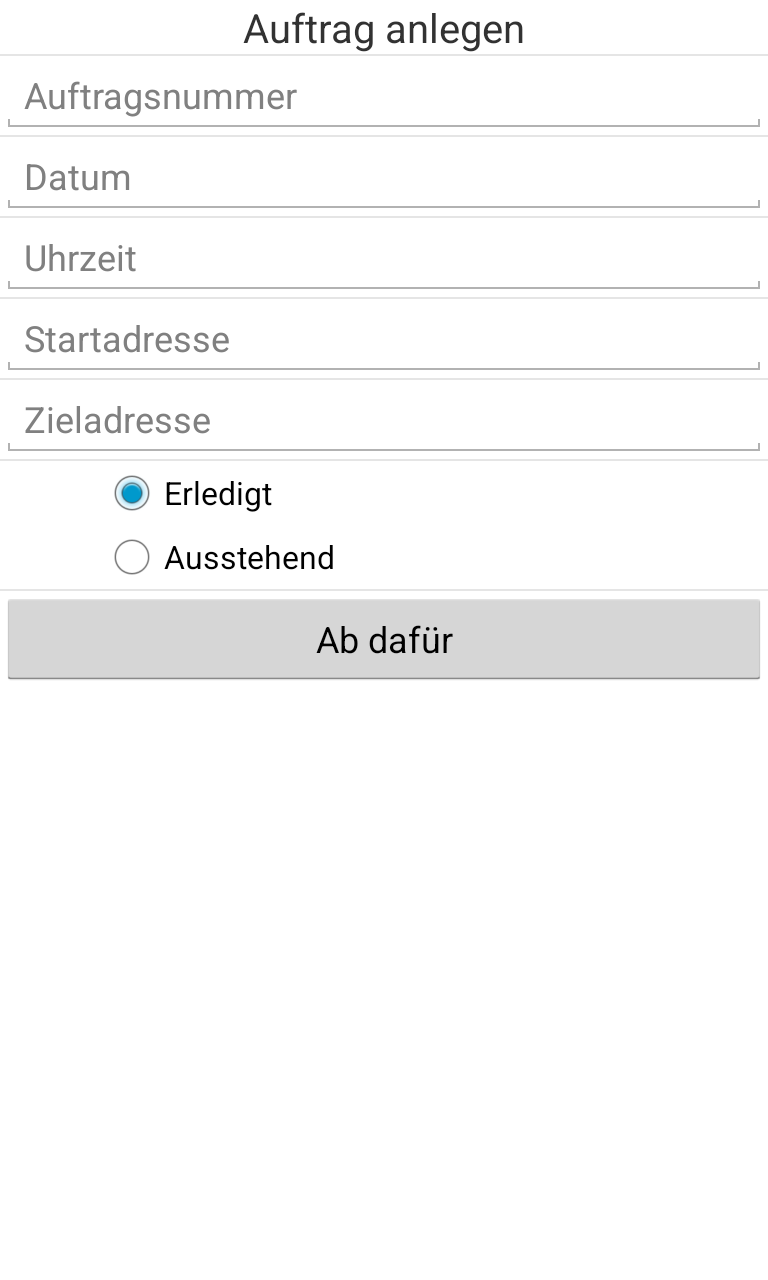
Repository: VroniZinsser/Kurierdienst
Layout: KurierdienstVroni/res/layout/activity_manager.xml
These files come from the project's save history. The layout is drawn as it stood at one moment and after the next save; the edit follows.
It is drawn on a 768 x 1280 px phone screen (xhdpi) without system bars, with theme AppTheme; the app's code is not run. The app's manifest (not shown) leaves right-to-left support off. So textAlignment, textDirection and layoutDirection are ignored, and left and right values win over start and end ones.

Above is the layout before, as saved 2014-07-16 09:12:34.

### KurierdienstVroni/res/layout/activity_manager.xml
<?xml version="1.0" encoding="utf-8"?>

<LinearLayout xmlns:android="http://schemas.android.com/apk/res/android"
    android:layout_width="match_parent"
    android:layout_height="match_parent"
    android:divider="?android:attr/listDivider"
    android:orientation="vertical"
    android:showDividers="middle" >

    <TextView
        android:id="@+id/evening_plan"
        android:layout_width="match_parent"
        android:layout_height="wrap_content"
        android:gravity="center_vertical|center_horizontal"
        android:textSize="40px"
        android:text="@string/anlegen_text" />

    <EditText
        android:id="@+id/auftragsnummer"
        android:layout_width="match_parent"
        android:layout_height="wrap_content"
        android:hint="@string/auftragsnummer"></EditText>

    <EditText
        android:id="@+id/datum"
        android:layout_width="match_parent"
        android:layout_height="wrap_content"
        android:hint="@string/datum"></EditText>

    <EditText
        android:id="@+id/uhrzeit"
        android:layout_width="match_parent"
        android:layout_height="wrap_content"
        android:hint="@string/uhrzeit"></EditText>

    <EditText
        android:id="@+id/start"
        android:layout_width="match_parent"
        android:layout_height="wrap_content"
        android:hint="@string/start"></EditText>

   	<EditText
        android:id="@+id/ziel"
        android:layout_width="match_parent"
        android:layout_height="wrap_content"
        android:hint="@string/ziel"></EditText>

    <RadioGroup
        android:id="@+id/choose_pre_drinks"
        android:layout_width="wrap_content"
        android:layout_height="wrap_content" >

        <RadioButton
            android:id="@+id/public_pre_drinks"
            android:layout_width="wrap_content"
            android:layout_height="wrap_content"
            android:layout_marginLeft="50dp"
            android:checked="true"
            android:text="@string/erledigt" />

        <RadioButton
            android:id="@+id/private_pre_drinks"
            android:layout_width="wrap_content"
            android:layout_height="wrap_content"
            android:layout_marginLeft="50dp"
            android:text="@string/ausstehend" />

    </RadioGroup>

    <LinearLayout
        android:layout_width="match_parent"
        android:layout_height="wrap_content"
        android:orientation="horizontal"
        android:gravity="center_vertical|center_horizontal" >

        <Button
            android:id="@+id/lets_go"
            android:layout_width="match_parent"
            android:layout_height="match_parent"
            android:layout_gravity="center_vertical|center_horizontal"
            android:gravity="center_vertical|center_horizontal"
            android:text="@string/anlegen"
            android:textAlignment="center" />
    </LinearLayout>

</LinearLayout>

### KurierdienstVroni/res/values/strings.xml
<?xml version="1.0" encoding="utf-8"?>
<resources>

    <string name="app_name">Kurierdienst</string>
    <string name="action_settings">Settings</string>
    <string name="anlegen_text">Auftrag anlegen</string>
    <string name="erledigt">Erledigt</string>
    <string name="ausstehend">Ausstehend</string>
    <string name="anlegen">Ab dafür</string>
    <string name="datum">Datum</string>
    <string name="uhrzeit">Uhrzeit</string>
    <string name="auftragsnummer">Auftragsnummer</string>
    <string name="start">Startadresse</string>
    <string name="ziel">Zieladresse</string>

</resources>

Loaded but not shown: KurierdienstVroni/res/values/styles.xml (common file); KurierdienstVroni/res/values-v11/styles.xml (common file); KurierdienstVroni/res/values-v14/styles.xml (common file)

After the next save:
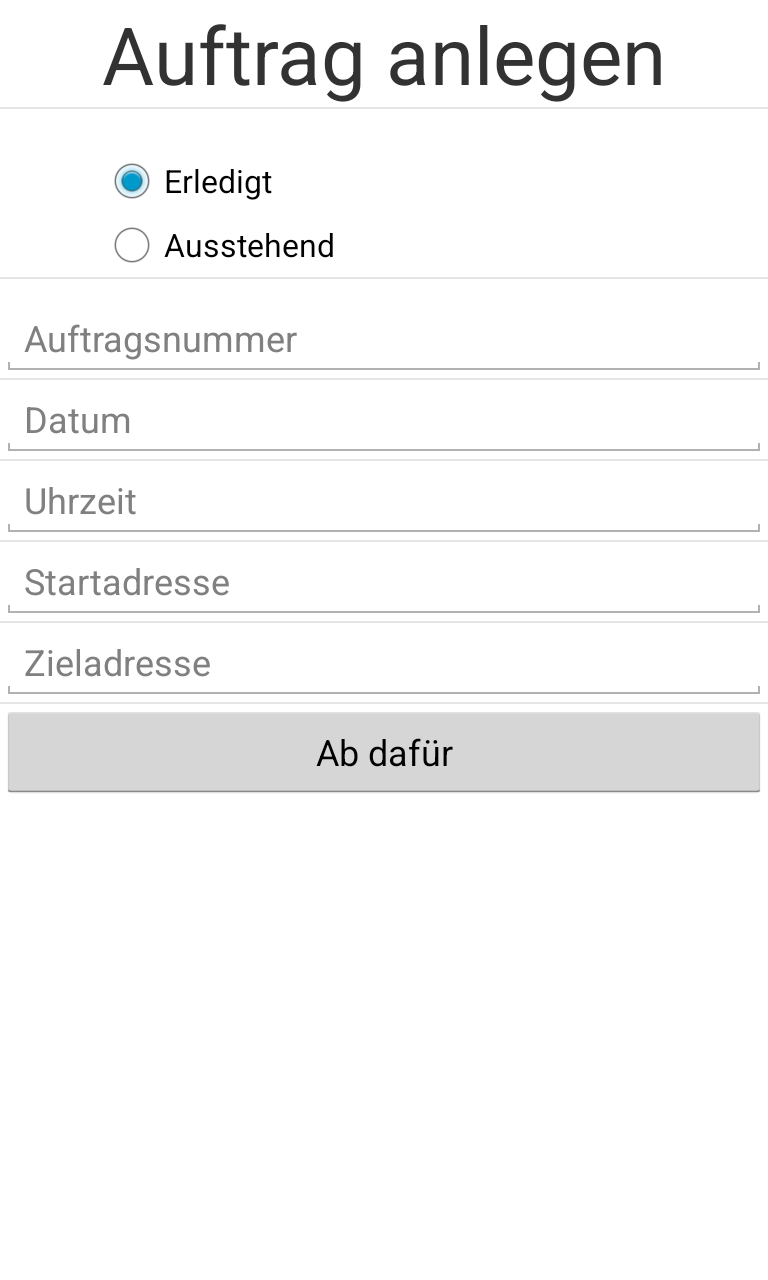
Saved 2 min 17 s later.
--- a/KurierdienstVroni/res/layout/activity_manager.xml
+++ b/KurierdienstVroni/res/layout/activity_manager.xml
@@ -12,13 +12,37 @@
         android:layout_width="match_parent"
         android:layout_height="wrap_content"
         android:gravity="center_vertical|center_horizontal"
-        android:textSize="40px"
+        android:textSize="40dp"
         android:text="@string/anlegen_text" />
+
+    <RadioGroup
+        android:id="@+id/choose_pre_drinks"
+        android:layout_width="wrap_content"
+        android:layout_height="wrap_content"
+        android:layout_marginTop="40px" >
+
+        <RadioButton
+            android:id="@+id/public_pre_drinks"
+            android:layout_width="wrap_content"
+            android:layout_height="wrap_content"
+            android:layout_marginLeft="50dp"
+            android:checked="true"
+            android:text="@string/erledigt" />
+
+        <RadioButton
+            android:id="@+id/private_pre_drinks"
+            android:layout_width="wrap_content"
+            android:layout_height="wrap_content"
+            android:layout_marginLeft="50dp"
+            android:text="@string/ausstehend" />
+
+    </RadioGroup>
 
     <EditText
         android:id="@+id/auftragsnummer"
         android:layout_width="match_parent"
         android:layout_height="wrap_content"
+        android:layout_marginTop="20px"
         android:hint="@string/auftragsnummer"></EditText>
 
     <EditText
@@ -45,27 +69,7 @@
         android:layout_height="wrap_content"
         android:hint="@string/ziel"></EditText>
 
-    <RadioGroup
-        android:id="@+id/choose_pre_drinks"
-        android:layout_width="wrap_content"
-        android:layout_height="wrap_content" >
 
-        <RadioButton
-            android:id="@+id/public_pre_drinks"
-            android:layout_width="wrap_content"
-            android:layout_height="wrap_content"
-            android:layout_marginLeft="50dp"
-            android:checked="true"
-            android:text="@string/erledigt" />
-
-        <RadioButton
-            android:id="@+id/private_pre_drinks"
-            android:layout_width="wrap_content"
-            android:layout_height="wrap_content"
-            android:layout_marginLeft="50dp"
-            android:text="@string/ausstehend" />
-
-    </RadioGroup>
 
     <LinearLayout
         android:layout_width="match_parent"
